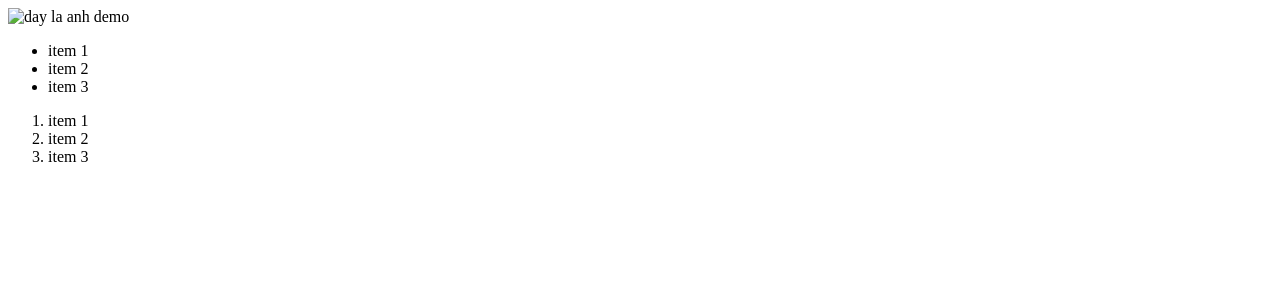
Repository: quocanh1010/quocanh1010.github.io
Page: Front End bai 1 2/index.html
The author's editor kept a copy of each file at every save. The page is drawn from the files as they stood at one save, then again after the next save.
The browser window is 1280 px wide. The pictures show the whole page.

Above is the page before, as saved 2021-04-16 19:34:33.

After the next save:
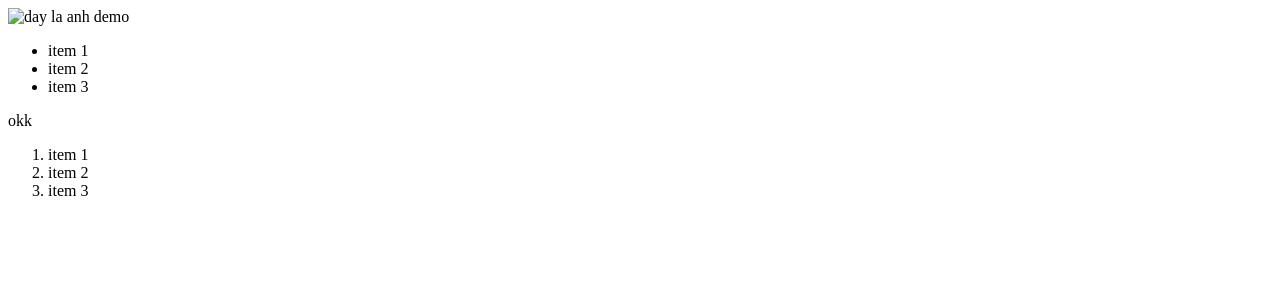
Saved 7 min 20 s later.
--- a/Front End bai 1 2/index.html
+++ b/Front End bai 1 2/index.html
@@ -26,6 +26,7 @@
         <li>item 2</li>
         <li>item 3</li>
     </ul>
+    <p>okk</p>
 
     <ol>
         <li>item 1</li>
@@ -33,6 +34,12 @@
         <li>item 3</li>
     </ol>
 
+
+
+
+
+
+
 </body>
 
 </html>
